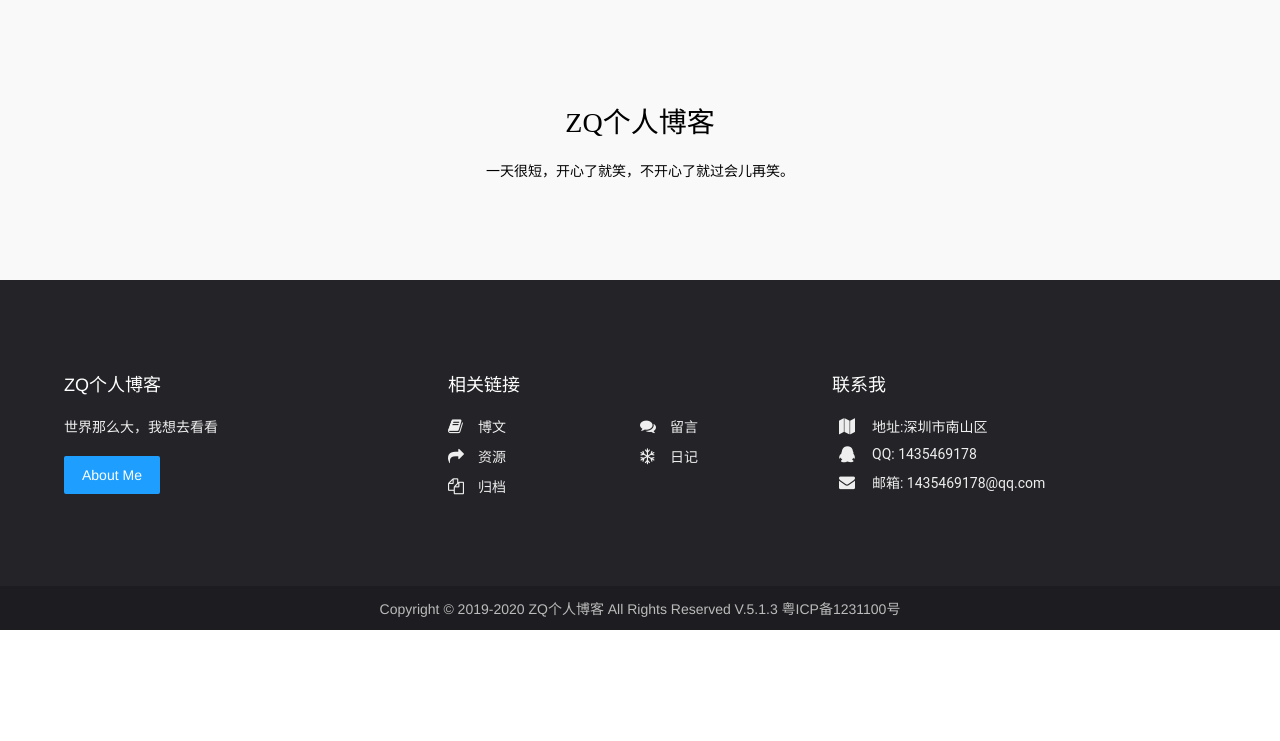
Repository: fengfi9/blog
Page: index.html
An editor plug-in stored every save of this project. The page is shown before and after the next save, followed by the edit.
The browser window is 1280 px wide. The pictures show the part of the page from y = 1837 to 2578 px (the page is 2578 px tall before and 2467 px after).
Backgrounds fixed to the window are drawn as part of the page. Some web libraries are served in a nearby version.

Above is the page before, as saved 2020-10-21 10:23:29.
Console error: ReferenceError: $ is not defined

### index.html
<!DOCTYPE html>
<html lang="zh-Hans-CN">

<head>
    <meta charset="utf-8">
    <meta http-equiv="X-UA-Compatible" content="IE=edge,chrome=1" />
    <meta name="renderer" content="webkit">
    <meta name="viewport" content="width=device-width" />
    <title>枫亭晚、个人博客</title>
    <meta name="keywords" content="">
    <meta name="description" content="">
    <link href="layui/css/layui.css" rel="stylesheet" type="text/css">
    <link href="font-awesome/css/font-awesome.min.css" rel="stylesheet" type="text/css">
    <link href="css/index_style.css" rel="stylesheet" type="text/css">
    <link href="css/animate.min.css" rel="stylesheet" type="text/css">
</head>

<body>
    <div id="menu" class="hover_animation menu_open" data-mark="false">
        <span></span>
        <span></span>
        <span></span>
    </div>
    <div id="navgation" class="navgation navgation_close">
        <ul class="point">
            <li><a href="#">首页</a></li>
            <li><a href="article.html">博客</a></li>
            <li><a href="message.html">留言</a></li>
        </ul>
        <div class="logo"><a>Mr.liu</a></div>
    </div>
    <div class="section" id="section1">
        <div class="fp-tablecell">
            <div class="page1">
                <div class="nav wow zoomIn" data-wow-duration="2s">
                    <h1>启动页</h1>
                    <p class="everyday">只要朝着一个方向努力，一切都会变得得心应手</p>
                    <a class="layui-btn layui-btn-normal" style="margin-top: 20px" href="article.html">Enter Blog</a>
                </div>
                <a class="next wow fadeInUp" data-wow-duration="2s" id="next"></a>
            </div>
        </div>
    </div>
    <div class="section" id="section2">
        <div class="fp-tablecell">
            <div class="page2">
                <div class="warp-box">
                    <div class="new-article">
                        <div class="inner wow fadeInDown" data-wow-delay=".2s">
                            <h1>博客分类</h1>
                            <p>
                                只要朝着一个方向努力
                                <br>一切都会变得得心应手
                            </p>
                        </div>
                    </div>
                    <div class="layui-row">
                        <div class="layui-col-xs12 layui-col-sm4 layui-col-md4  wow fadeInUp" style="padding: 0 10px">
                            <div class="single-news">
                                <div class="news-head">
                                    <img src="image/java.jpg">
                                    <a href="#" class="link"><i class="fa fa-link"></i></a>
                                </div>
                                <div class="news-content">
                                    <h4>
                                        <a href="#">
                                            Java专栏
                                        </a>
                                    </h4>
                                    <div class="date">
                                        2020年6月16日
                                    </div>
                                    <p>
                                        本专栏主要分享Java的各种常见问题，包括java学习路线，java基础，框架，微服务，项目，面试题，希望通过这些知识的分享能够提升自己的java水平
                                    </p>
                                    <a href="#" class="btn">
                                        阅读更多
                                    </a>
                                </div>
                            </div>
                        </div>
                        <div class="layui-col-xs12 layui-col-sm4 layui-col-md4  wow fadeInUp" data-wow-delay=".2s"
                            style="padding: 0 10px">
                            <div class="single-news">
                                <div class="news-head">
                                    <img src="image/web.jpg">
                                    <a href="#" class="link"><i class="fa fa-link"></i></a>
                                </div>
                                <div class="news-content">
                                    <h4>
                                        <a href="#">
                                            web前端专栏
                                        </a>
                                    </h4>
                                    <div class="date">
                                        2020年6月16日
                                    </div>
                                    <p>
                                        本栏目主要分享关于web前端的学习路线，基础知识，常用框架，面试题，项目等等
                                    </p>
                                    <a href="#" class="btn">
                                        阅读更多
                                    </a>
                                </div>
                            </div>
                        </div>
                        <div class="layui-col-xs12 layui-col-sm4 layui-col-md4  wow fadeInUp" data-wow-delay=".4s"
                            style="padding: 0 10px">
                            <div class="single-news">
                                <div class="news-head">
                                    <img src="image/dedecms.jpg">
                                    <a href="#" class="link"><i class="fa fa-link"></i></a>
                                </div>
                                <div class="news-content">
                                    <h4>
                                        <a href="#">
                                            DeDeCMS专栏
                                        </a>
                                    </h4>
                                    <div class="date">
                                        2020年6月16日
                                    </div>
                                    <p>
                                        本栏目主要介绍DeDeCMS网站内容管理系统，使用dede常见的问题，常用标签，插件，提供建站帮助
                                    </p>
                                    <a href="#" class="btn">
                                        阅读更多
                                    </a>
                                </div>
                            </div>
                        </div>
                    </div>
                </div>
            </div>
        </div>
    </div>
    <div class="section" id="section3">
        <div class="fp-tablecell">
            <div class="page3">
                <div class="warp-box">
                    <div class="warp">
                        <div class="inner">
                            <div class="links">
                                <ul>
                                    <li class="wow fadeInLeft"><a href="#">关于</a></li>
                                    <li class="wow fadeInRight"><a href="#">+友情链接</a></li>
                                </ul>
                            </div>
                        </div>
                    </div>
                </div>
            </div>
        </div>
    </div>
    <div class="section" id="section4">
        <div class="fp-tablecell">
            <div class="page4">
                <div class="warp-box">
                    <div class="about">
                        <div class="inner">
                            <h1 class="wow fadeInLeft">ZQ个人博客</h1>
                            <p class="wow fadeInRight">
                                一天很短，开心了就笑，不开心了就过会儿再笑。
                            </p>
                        </div>
                    </div>
                </div>
            </div>
        </div>
    </div>
    <footer class="footer wow fadeInUp" id="contact">
        <div class="footer-top">
            <div class="container">
                <div class="layui-row">
                    <div class="layui-col-xs12 layui-col-sm6 layui-col-md4">
                        <div class="single-widget about">
                            <div class="footer-logo">
                                <h2>ZQ个人博客</h2>
                            </div>
                            <p>世界那么大，我想去看看</p>
                            <div class="button">
                                <a href="#" class="btn layui-btn layui-btn-normal">About Me</a>
                            </div>
                        </div>
                    </div>
                    <div class="layui-col-xs12 layui-col-sm6 layui-col-md4">
                        <div class="single-widget">
                            <h2>相关链接</h2>
                            <ul class="social-icon">
                                <li class="active"><a href="#"><i class="fa fa-book"></i>博文</a></li>
                                <li class="active"><a href="#"><i class="fa fa-comments"></i>留言</a></li>
                                <li class="active"><a href="#"><i class="fa fa-share"></i>资源</a></li>
                                <li class="active"><a href="#"><i class="fa fa-snowflake-o"></i>日记</a></li>
                                <li class="active"><a href="#"><i class="fa fa-files-o"></i>归档</a></li>
                            </ul>
                        </div>
                    </div>
                    <div class="layui-col-xs12 layui-col-sm12 layui-col-md4">
                        <div class="single-widget contact">
                            <h2>联系我</h2>
                            <ul class="list">
                                <li><i class="fa fa-map"></i>地址:深圳市南山区</li>
                                <li><i class="fa fa-qq"></i>QQ: 1435469178 </li>
                                <li><i class="fa fa-envelope"></i>邮箱: 1435469178@qq.com</li>
                            </ul>
                        </div>
                    </div>
                </div>
            </div>
        </div>
        <div class="copyright">
            <div class="container">
                <div class="layui-row">
                    <div class="layui-col-xs12 layui-col-sm12 layui-col-md12 text-center">
                        <p>Copyright &copy; 2019-2020 ZQ个人博客 All Rights Reserved V.5.1.3 粤ICP备1231100号</p>
                    </div>
                </div>
            </div>
        </div>
    </footer>
    <script src="layui/layui.js"></script>
    <script src="js/wow.min.js"></script>
    <script src="js/index.js"></script>
    <script>
        !function(){
            $.ajax({
                type: "get",//请求类型
                datatype: "json",//数据类型
                url: "",//向哪里请求
                success: function(data){//请求成功后执行该函数
                    console.log(data)//tom
                }
            })
        }()
    </script>
</body>

</html>

Loaded but not shown: layui/css/layui.css (library); font-awesome/css/font-awesome.min.css (library); css/animate.min.css (library); layui/layui.js (library); js/wow.min.js (library); layui/lay/modules/jquery.js (library); layui/lay/modules/util.js (2 lines, source omitted); js/index.js (28 lines, source omitted); css/index_style.css (840 lines, source omitted)

After the next save:
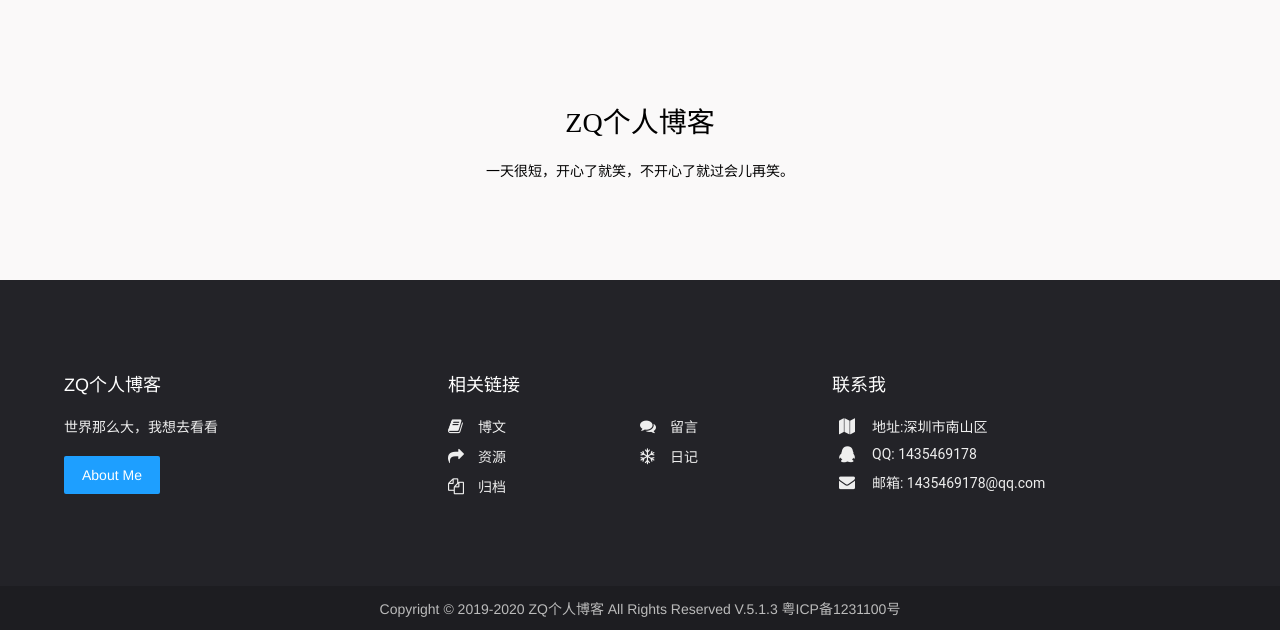
Console error: TypeError: e.indexOf is not a function
Saved 2 min 5 s later.
--- a/index.html
+++ b/index.html
@@ -221,6 +221,7 @@
     <script src="layui/layui.js"></script>
     <script src="js/wow.min.js"></script>
     <script src="js/index.js"></script>
+    <script src="https://code.jquery.com/jquery-3.5.1.min.js"></script>
     <script>
         !function(){
             $.ajax({

After the save that followed:
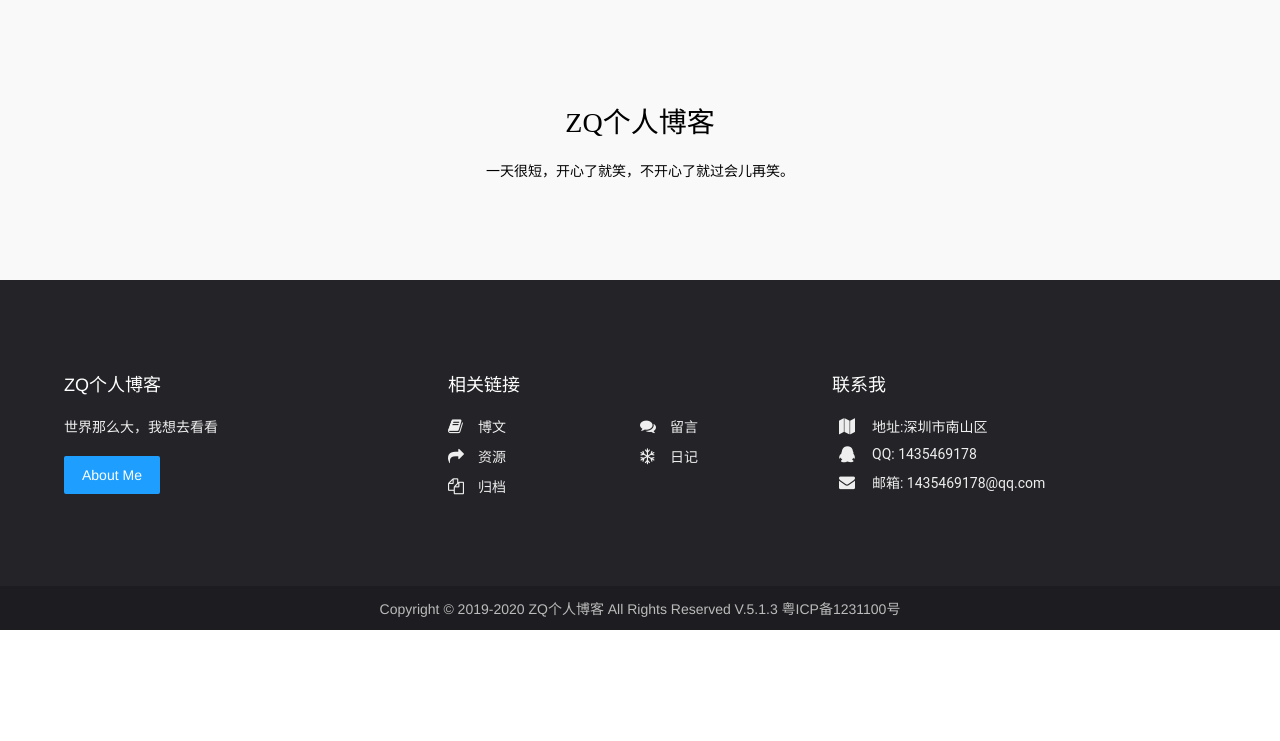
The error is gone.
Saved 86 s later.
--- a/index.html
+++ b/index.html
@@ -221,7 +221,7 @@
     <script src="layui/layui.js"></script>
     <script src="js/wow.min.js"></script>
     <script src="js/index.js"></script>
-    <script src="https://code.jquery.com/jquery-3.5.1.min.js"></script>
+    <script src="https://libs.baidu.com/jquery/2.1.4/jquery.min.js"></script>
     <script>
         !function(){
             $.ajax({
